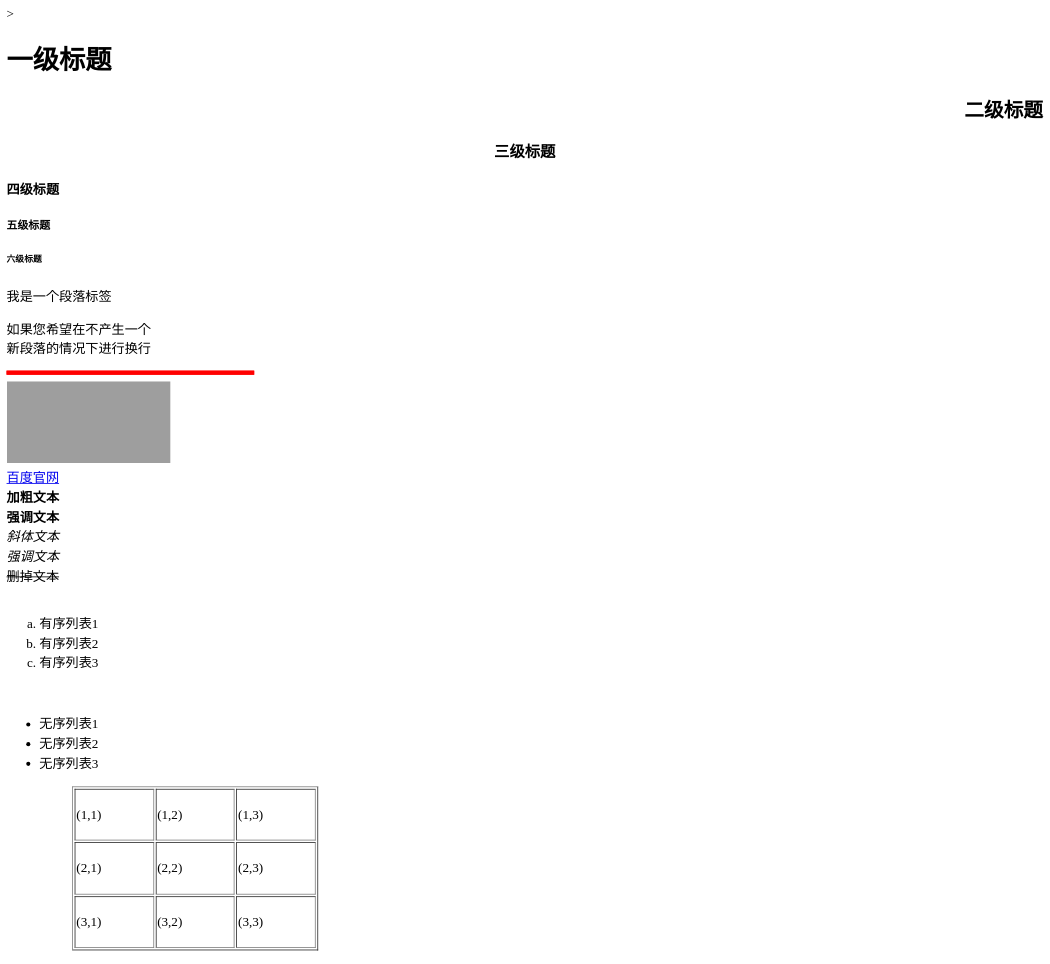
Repository: yuanliumaker/html-css-js
Page: hello.html
An editor plug-in stored every save of this project. The page is shown before and after the next save, followed by the edit.
The browser window is 1280 px wide. The pictures show the whole page, at 82% of full size.
Pictures or frames that could not be fetched are drawn as grey boxes.

Above is the page before, as saved 2025-08-29 10:15:18.

### hello.html
<!DOCTYPE html>
<html lang="en">
<head>
    <meta charset="UTF-8">
    <meta name="viewport" content="width=device-width, initial-scale=1.0">
    <title>Document</title>
</head>
<body>
    <!--标题-->>
    <h1 align="left">一级标题</h1>
    <h2 align="right">二级标题</h2>
    <h3 align="center">三级标题</h3>
    <h4>四级标题</h4>
    <h5>五级标题</h5>
    <h6>六级标题</h6>
    <!--段落-->
    <!-- br表示换行 hr表示水平线 width属性表示水平线的宽度 size 表示线的高度 -->
    <p>我是一个段落标签</p>
    <p>如果您希望在不产生一个<br>新段落的情况下进行换行</p>
    <hr color="red" width="300px" size="5px" align="left">
    <!--img 图片 src:图片路径 widht 图片宽度 height 高度-->
    <img src="https://www.runoob.com/wp-content/uploads/2014/04/html-logo.png" alt="这是图片无法显示时的替代文字" title="鼠标悬停时显示的文字" width="200px" height="100px">

    <br>
    <!---超文本链接
    使用标签<a>来设置超文本链接 href属性表示链接的地址-->
    <a href="https://www.baidu.com">百度官网</a>

    <!--文本-->
    <br>
        <b>加粗文本</b><br>
        <strong>强调文本</strong><br>
        <i>斜体文本</i><br>
        <em>强调文本</em><br>
        <del>删掉文本</del><br>
    <!--列表:外面用ol包裹，每一条用li-- 且有属性type 1 a A i I--和latex 列表可以嵌套-->
    <br>
    <ol type="a">
        <li>有序列表1</li>
        <li>有序列表2</li>
        <li>有序列表3</li>
    </ol>
    <br>
    <!--无序列表-- type属性 disc：默认实心圆 circle：空心圆 square：方块 none:无-->
    <ul >
        <li>无序列表1</li>
        <li>无序列表2</li>
        <li>无序列表3</li>
    <ul>



    <!--表格 tr：行 td:列 border:设置表格的边框 width:设置表格宽度 height:表格高度-->
    <br>
    <table border="1" width="300px" height="200px">
        <tr>
            <td>(1,1)</td>
            <td>(1,2)</td>
            <td>(1,3)</td>
        </tr>
        <tr>
            <td>(2,1)</td>
            <td>(2,2)</td>
            <td>(2,3)</td>
        </tr>
        <tr>
            <td>(3,1)</td>
            <td>(3,2)</td>
            <td>(3,3)</td>
        </tr>
    </table>

</body>
</html>

After the next save:
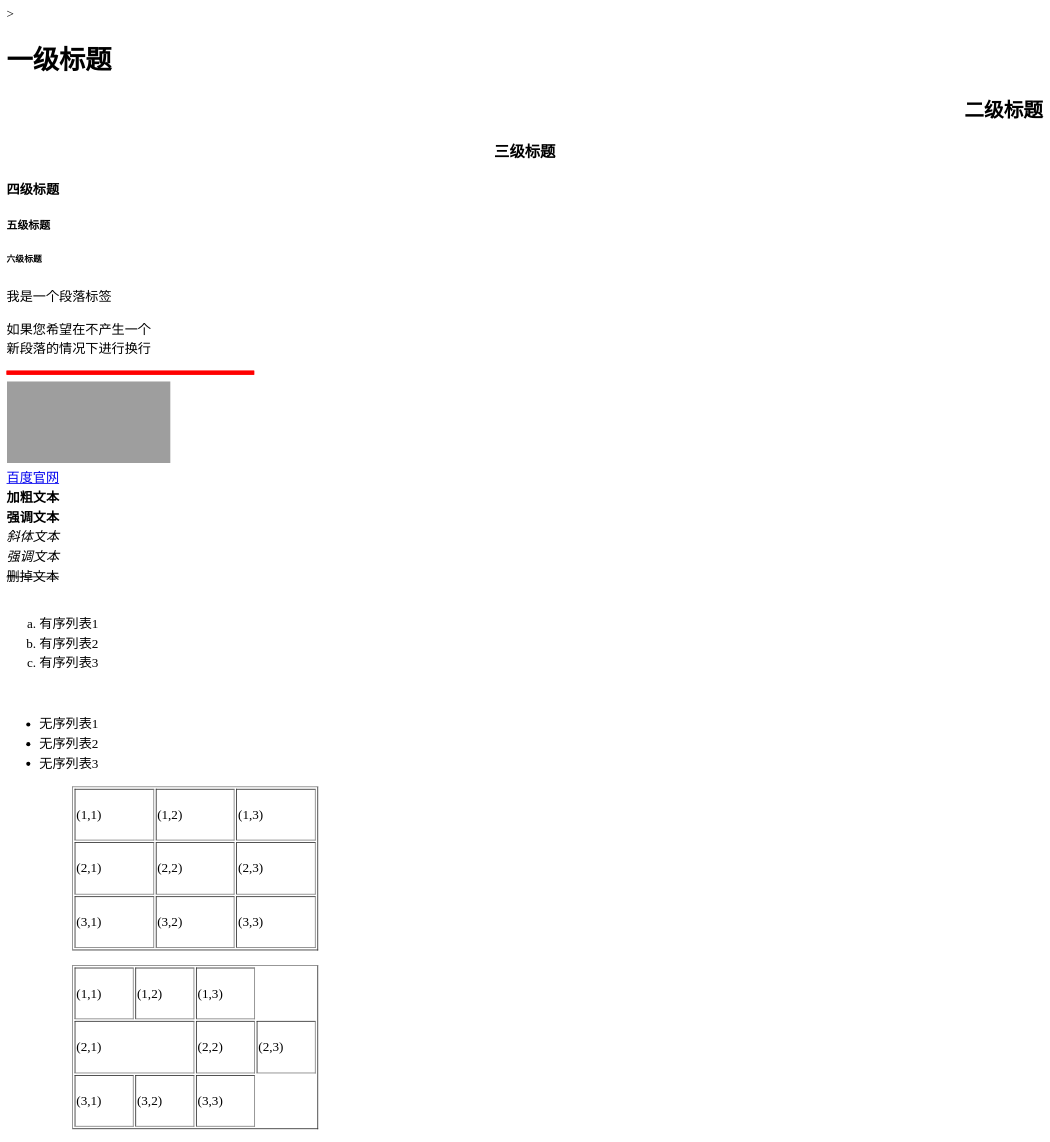
Saved 11 min 58 s later.
--- a/hello.html
+++ b/hello.html
@@ -70,5 +70,27 @@
         </tr>
     </table>
 
+
+
+    <!--表格之合并 rowspan:合并行 colspan:列合并-->
+    <br>
+    <table border="1" width="300px" height="200px">
+        <tr>
+            <td>(1,1)</td>
+            <td>(1,2)</td>
+            <td>(1,3)</td>
+        </tr>
+        <tr>
+            <td colspan="2">(2,1)</td>
+            <td>(2,2)</td>
+            <td>(2,3)</td>
+        </tr>
+        <tr>
+            <td>(3,1)</td>
+            <td>(3,2)</td>
+            <td>(3,3)</td>
+        </tr>
+    </table>
+
 </body>
 </html>
